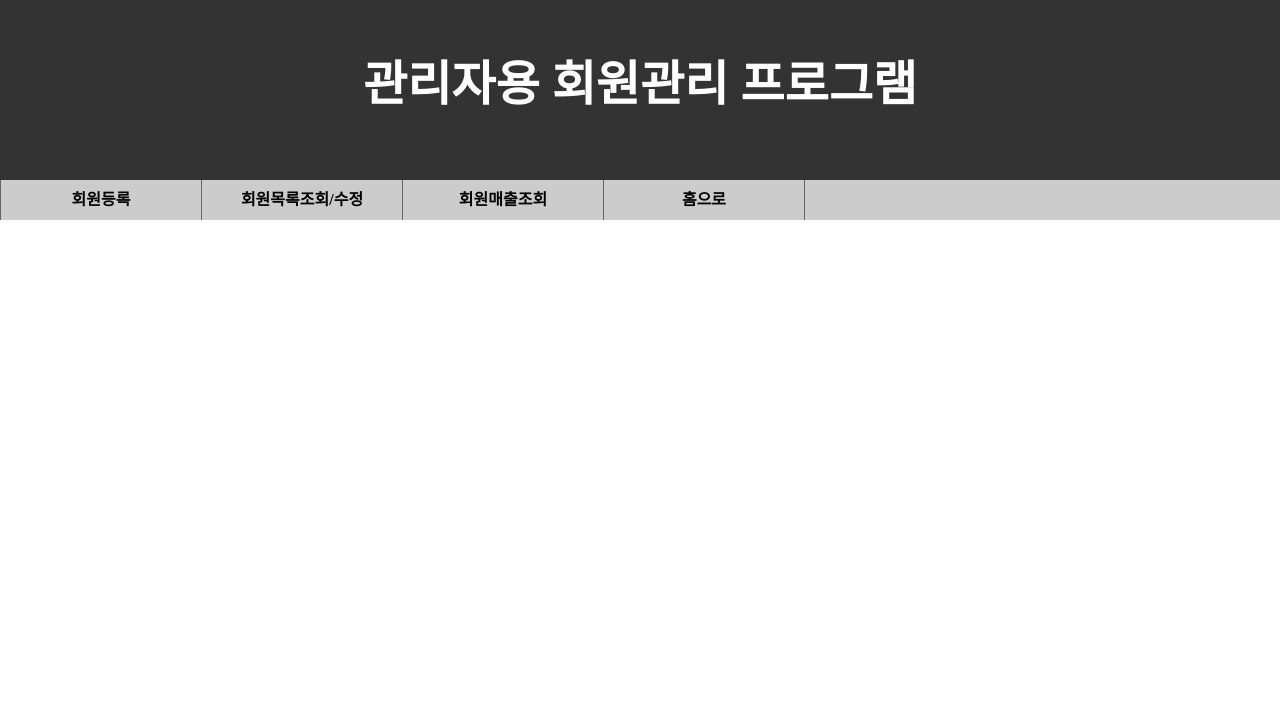
Repository: jsky1234/NCS
Page: http://localhost/HRD_1/memberEdit.jsp
An editor plug-in stored every save of this project. The page is shown before and after a run of saves, followed by the edit.
The browser window is 1280 px wide. The pictures show the whole page.
The page is served by Tomcat 9. Queries for data that is not in the repository find no rows.

Above is the page before, as saved 2020-11-11 10:47:32.

After the next 3 saves:
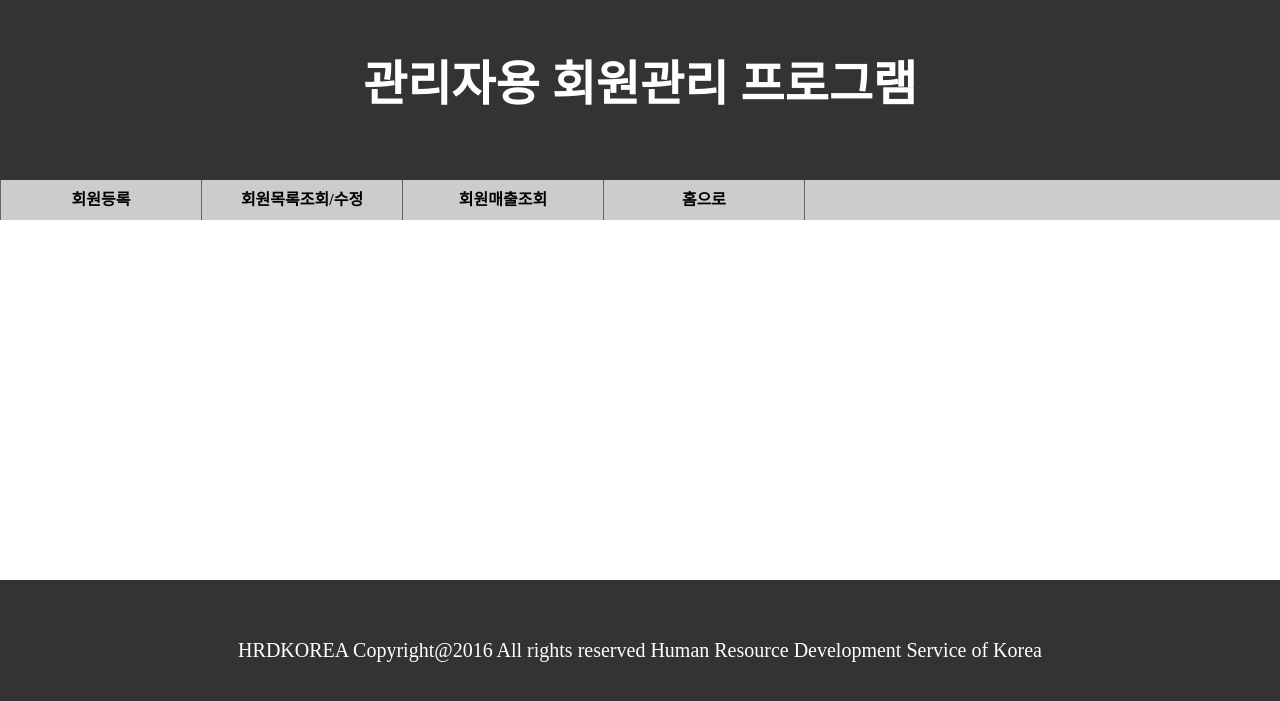
The 3 saves are shown as one change because 2 did not build or start.
The last was saved 11 min 38 s later.
--- a/ncs1/HRD_1/WebContent/memberEdit.jsp
+++ b/ncs1/HRD_1/WebContent/memberEdit.jsp
@@ -10,5 +10,132 @@
 <link rel="stylesheet" href="./css/table.css" />
 <%@ include file="admin_nav.jsp" %>
 <%
+Connection conn = null;
+PreparedStatement pstmt = null;
+ResultSet rs;
 
+String custno = request.getParameter("custno");
+String custname, phone, address, joindate, grade, city;
+
+try {
+	conn = DBcon.getConnection();
+	String sql = "SELECT * FROM member_tbl_02 WHERE custno="+custno;
+	pstmt = conn.prepareStatement(sql);
+	rs = pstmt.executeQuery();
+
+	while(rs.next()) {
+		custname = rs.getString("custname");
+		phone = rs.getString("phone");
+		address = rs.getString("address");
+		joindate = rs.getString("joindate");
+		grade = rs.getString("grade");
+		city = rs.getString("city");
+
+		joindate = joindate.substring(0,10);
 %>
+<main class="content">
+	<section class="page" id="page1">
+		<h2 class="page_tit">회원정보수정</h2>
+		<div class="main_help">
+			<form name="register1" id="register1" action="memberEditPro.jsp" method="get">
+				<table class="tb">
+					<tbody>
+						<tr>
+							<th><label for="custno">회원번호(자동발생)</label></th>
+							<td><input type="text" name="custno" id="custno" value="<%=custno%>" /></td>
+						</tr>
+						<tr>
+							<th><label for="custname">회원성명</label></th>
+							<td><input type="text" name="custname" id="custname" value="<%=custname%>" /></td>
+						</tr>
+						<tr>
+							<th><label for="phone">회원전화</label></th>
+							<td><input type="text" name="phone" id="phone" value="<%=phone %>" /></td>
+						</tr>
+						<tr>
+							<th><label for="address">회원주소</label></th>
+							<td><input type="text" name="address" id="address" value="<%=address%>" /></td>
+						</tr>
+						<tr>
+							<th><label for="joindate">가입일자</label></th>
+							<td><input type="text" name="joindate" id="joindate" value="<%=joindate%>"/></td>
+						</tr>
+						<tr>
+							<th><label for="grade">고객등급(A:VIP, B:일반, C:직원)</label></th>
+							<td><input type="text" name="grade" id="grade" value="<%=grade%>"/></td>
+						</tr>
+						<tr>
+							<th><label for="city">도시코드</label></th>
+							<td><input type="text" name="city" id="city" value=<%=city%> /></td>
+						</tr>
+						<td>
+							<input class="btn" type="button" id="submit_btn" value="수정" />
+							<input class="btn" type="button" id="search_btn" value="조회" />
+						</td>
+					</tbody>
+				</table>
+			</form>
+			<script>
+			var form = document.register1;
+			var submit_btn = document.getElementById("submit_btn");
+			var search_btn = document.getElementById("search_btn");
+			var custname = form.custname;
+			var phone = form.phone;
+			var address = form.address;
+			var grade = form.grade;
+			var city = form.city;
+
+			submit_btn.addEventListener("click", function(e){
+				if(custname.value == "") {
+					alert("회원성명이 입력되지 않았습니다.");
+					custname.focus();
+					return;
+				}
+				if(phone.value == "") {
+					alert("전화번호가 입력되지 않았습니다.");
+					phone.focus();
+					return;
+				}
+				if(address.value == "") {
+					alert("회원주소가 입력되지 않았습니다.");
+					address.focus();
+					return;
+				}
+				if(grade.value == "") {
+					alert("회원등급이 선택되지 않았습니다.");
+					grade.focus();
+					return;
+				}
+				if(city.value == "") {
+					alert("도시코드가 입력되지 않았습니다.");
+					city.focus();
+					return;
+				}
+				if(custname.value != "" && phone.value != "" && address.value != "" && grade.value != "" && city.value != "") {
+					form.submit();
+				}
+			});
+
+			search_btn.addEventListener("click", function(){
+				location.href = "memberList.jsp"
+			});
+			</script>
+		</div>
+	</section>
+</main>
+<%
+	}
+
+} catch(Exception e) {
+	System.out.println("ProductBean error : "+e);
+} finally {
+	try {
+		if(pstmt != null) pstmt.close();
+		if(conn != null) conn.close();
+	} catch(Exception e) {
+		//핸들 에러 프린트
+		System.out.println("DB Close error : "+e);
+	}
+}
+%>
+<%@ include file="admin_footer.jsp" %>
